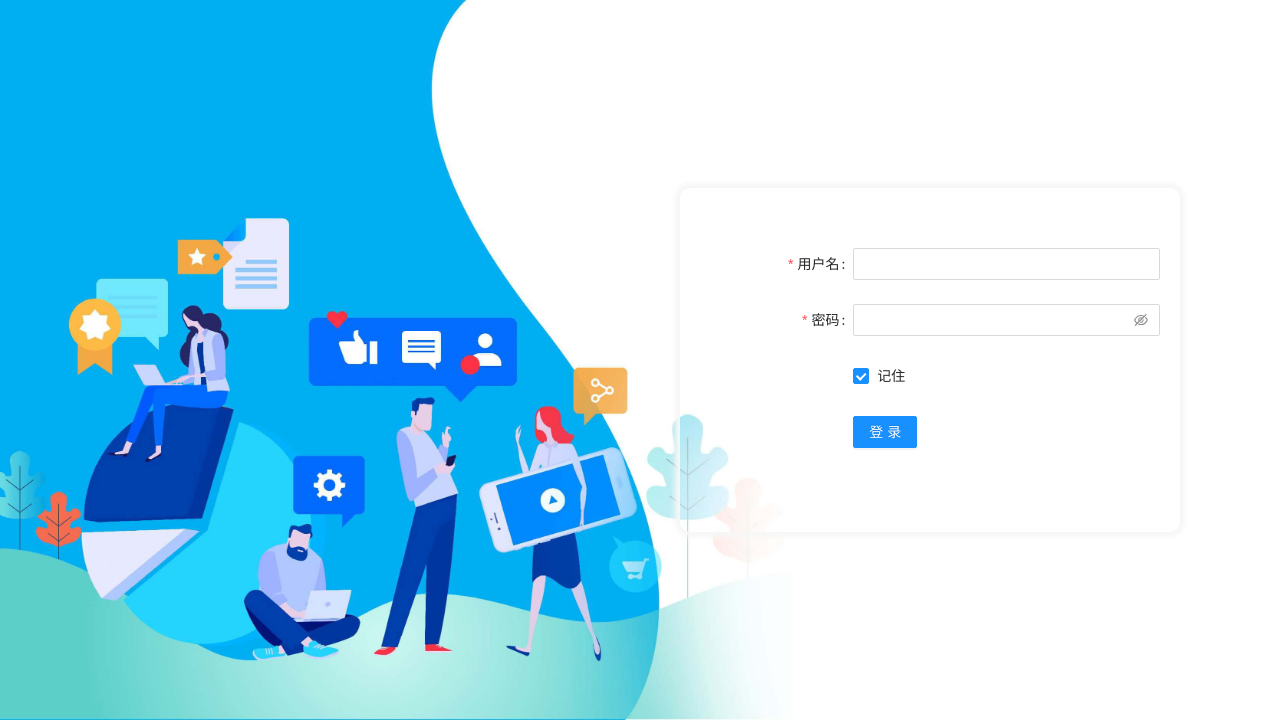
Repository: DallenCat/react-test
Page: /login
The author's editor kept a copy of each file at every save. The page is drawn from the files as they stood at one save, then again after the next save.
The browser window is 1280 px wide. The pictures show the whole page.
The project was rebuilt for these pictures with package versions that can differ from the ones it lists, and the page was loaded fresh each time. Also part of the build but not shown: src/containers/dashboard/index.js, src/containers/personal/index.js, src/components/layout/index.css, src/components/layout/sider/menu.js, src/components/layout/sider/logo.js, src/components/layout/sider/index.js, src/components/layout/index.js.

Above is the page before, as saved 2021-10-29 17:31:36.

After the next save:
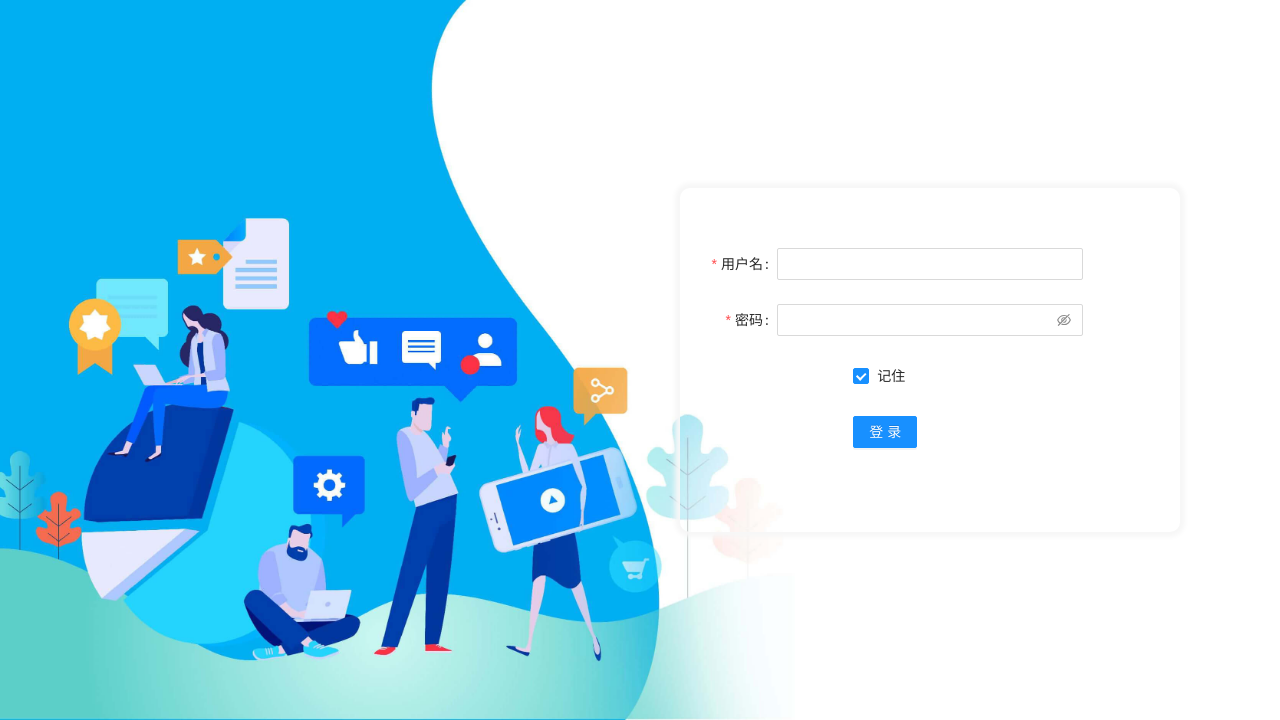
Saved 12 s later.
--- a/src/containers/login/index.js
+++ b/src/containers/login/index.js
@@ -22,7 +22,7 @@ export function LoginForm(props) {
   return (
     <Form
       name="basic"
-      labelCol={{ span: 8, }}
+      labelCol={{ span: 4, }}
       wrapperCol={{ span: 16, }}
       initialValues={{ remember: true, }}
       onFinish={onFinish}
